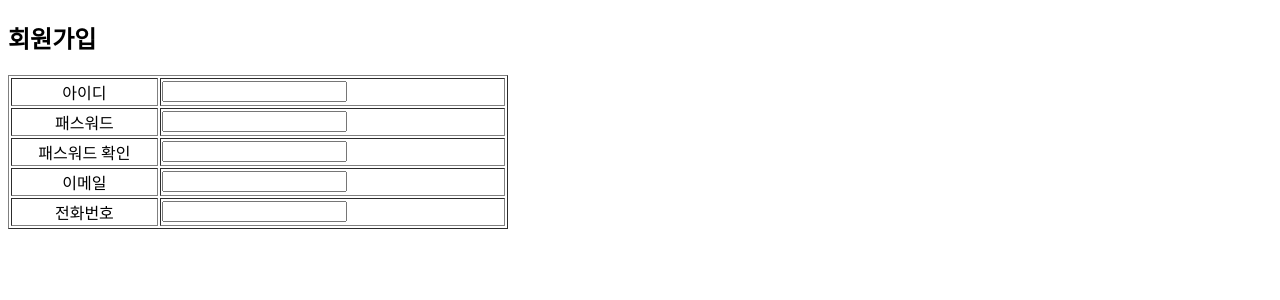
Repository: ohseung-web/OTjsp2026
Page: http://localhost/chapter/RequestJoin.jsp
These files come from the project's save history. The page is drawn as it stood at one moment and after the next save; the edit follows.
The browser window is 1280 px wide. The pictures show the whole page.
The page is served by Tomcat 9.

Above is the page before, as saved 2026-10-17 07:16:25.

### chapter/src/main/webapp/RequestJoin.jsp
<%@ page language="java" contentType="text/html; charset=UTF-8"
    pageEncoding="UTF-8"%>
<!DOCTYPE html>
<html>
<head>
<meta charset="UTF-8">
<title>Insert title here</title>
</head>
<body>
	<h2> 회원가입 </h2>
	<form action="RequestJoinProc.jsp" method="post">
		<table  width="500" border="1">
			<tr hight="50">
				<td width="150" align="center">아이디</td>
				<td width="350">
					<input type="text" name="id">
				</td>
			</tr>
			<tr hight="50">
				<td width="150" align="center">패스워드</td>
				<td width="350">
					<input type="password" name="pass">
				</td>
			</tr>
			<tr hight="50">
				<td width="150" align="center">패스워드 확인</td>
				<td width="350">
					<input type="password" name="passchk">
				</td>
			</tr>
			<tr hight="50">
				<td width="150" align="center">이메일</td>
				<td width="350">
					<input type="email" name="email">
				</td>
			</tr>
			<tr hight="50">
				<td width="150" align="center">전화번호</td>
				<td width="350">
					<input type="tel" name="tel">
				</td>
			</tr>

		</table>

	</form>
</body>
</html>

After the next save:
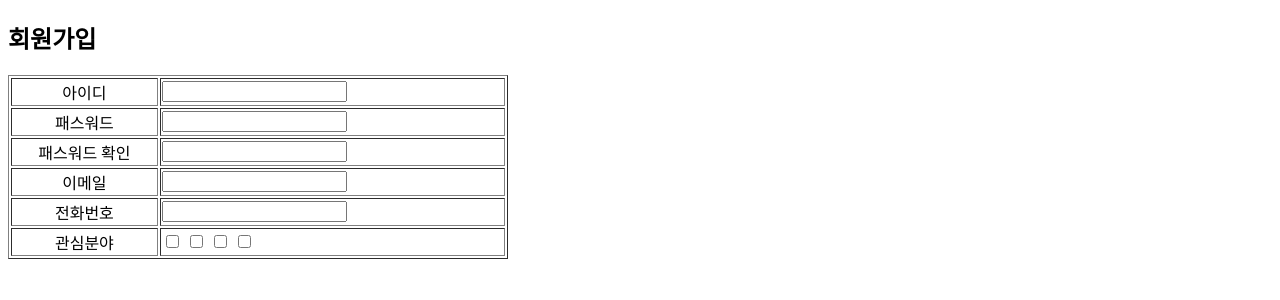
Saved 2 min 52 s later.
--- a/chapter/src/main/webapp/RequestJoin.jsp
+++ b/chapter/src/main/webapp/RequestJoin.jsp
@@ -40,6 +40,15 @@
 					<input type="tel" name="tel">
 				</td>
 			</tr>
+			<tr hight="50">
+				<td width="150" align="center">관심분야</td>
+				<td width="350">
+					<input type="checkbox" name="hobby" value="캠핑">
+					<input type="checkbox" name="hobby" value="등산">
+					<input type="checkbox" name="hobby" value="영화">
+					<input type="checkbox" name="hobby" value="독서">
+				</td>
+			</tr>
 
 		</table>
 
